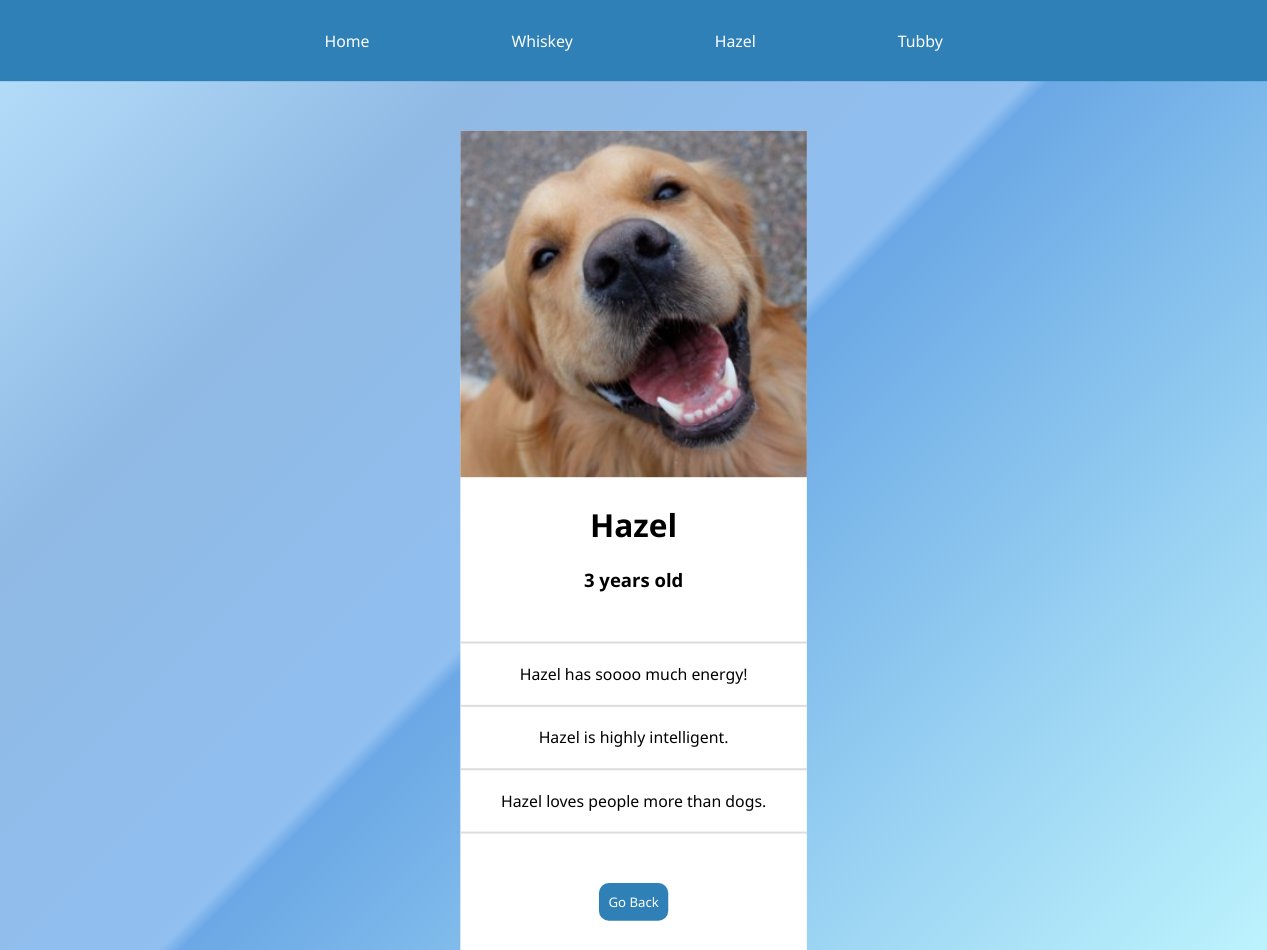
Repository: johnmutina/dog-finder
Page: /dogs/Hazel
These files come from the project's save history. The page is drawn as it stood at one moment and after a run of saves; the edit follows.
The browser window is 1280 px wide. The pictures show the whole page, at 99% of full size.
The project was rebuilt for these pictures with package versions that can differ from the ones it lists, and the page was loaded fresh each time. Also part of the build but not shown: src/DogFinder.css, src/DogFinder.js.

Above is the page before, as saved 2019-07-28 15:43:56.

After the next 4 saves:
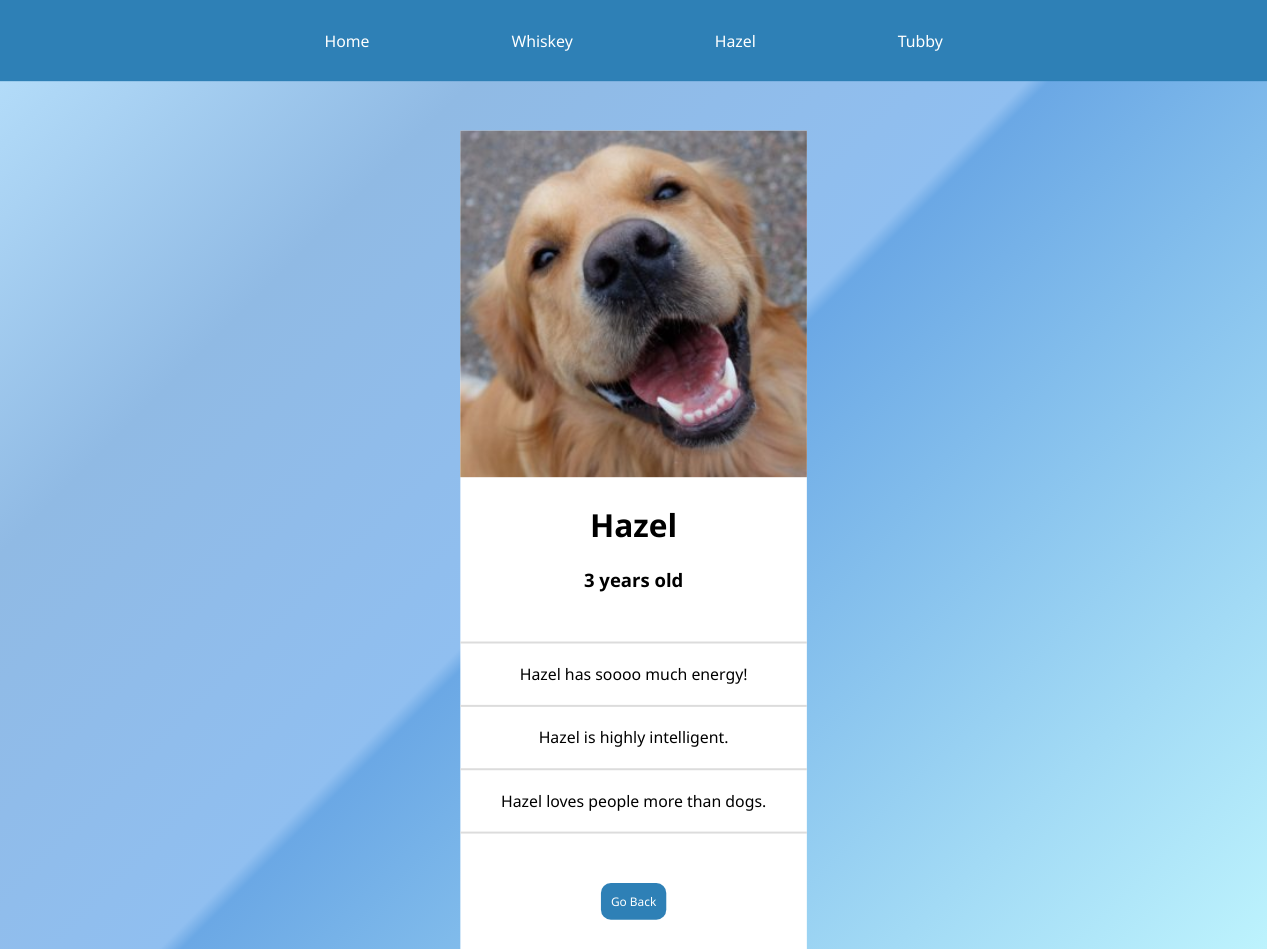
The 4 saves are shown as one change because they came seconds apart.
The last was saved 20 s later.
--- a/src/Dog.css
+++ b/src/Dog.css
@@ -31,6 +31,7 @@
   padding: 10px;
   background-color: #2e80b6;
   color: white;
+  font-size: 12px;
   border: none;
   border-radius: 10px;
   transition: all 0.2s ease-in-out;
